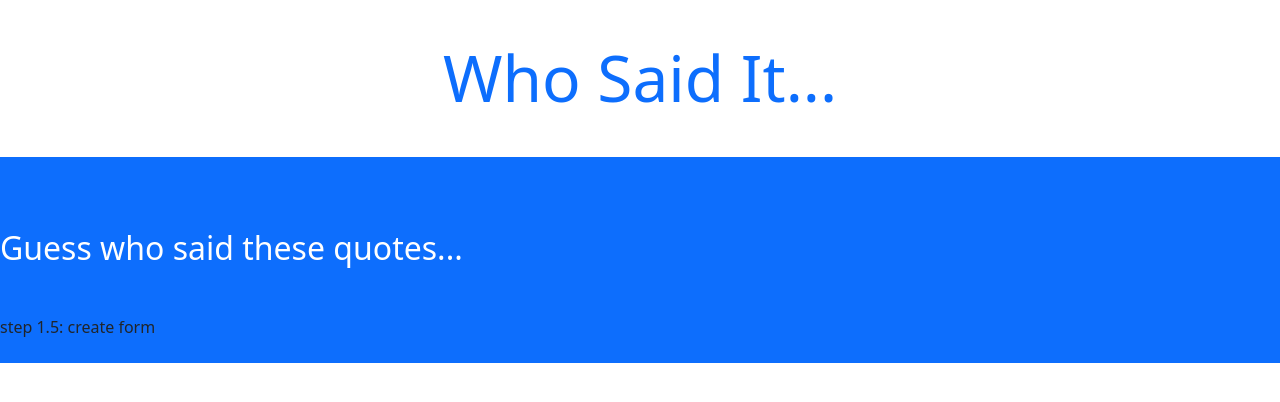
Repository: julihocc/Presentation-02-Forms-with-vanilla-JS
Page: index.html
These files come from the project's save history. The page is drawn as it stood at one moment and after a run of saves; the edit follows.
The browser window is 1280 px wide. The pictures show the whole page.

Above is the page before, as saved 2022-09-27 13:17:24.

### index.html
<!-- step 0.1: create HTML5 template -->
<!DOCTYPE html>
<html lang="en">

<head>
    <meta charset="UTF-8">
    <meta http-equiv="X-UA-Compatible" content="IE=edge">
    <meta name="viewport" content="width=device-width, initial-scale=1.0">

    <!-- step 0.4: include bootstrap -->
    <!-- CSS only -->
    <link href="https://cdn.jsdelivr.net/npm/bootstrap@5.2.1/dist/css/bootstrap.min.css" rel="stylesheet"
        integrity="sha384-iYQeCzEYFbKjA/T2uDLTpkwGzCiq6soy8tYaI1GyVh/UjpbCx/TYkiZhlZB6+fzT" crossorigin="anonymous">

        <!-- step 0.2: change title -->
    <title>Who Said It...</title>
</head>

<body>

    <!-- step 1.1 top section -->
    <div class="intro py-3 bg-white text-center">
        <div class="container">
            <h2 class="text-primary display-3 my-4">
                Who Said It...
            </h2>
        </div>
    </div>

    <!-- step 1.4: quiz section -->
    <div class="quiz py-4 bg-primary">
        <div class="containter">
            <h2 class="my-5 text-white">
                Guess who said these quotes...
            </h2>
            step 1.5: create form
        </div>
    </div>

    <!-- step 0.3: link js -->
    <script src="app.js"></script>
</body>

</html>

Loaded but not shown: app.js (no copy from this time; the picture is the same without it)

After the next 2 saves:
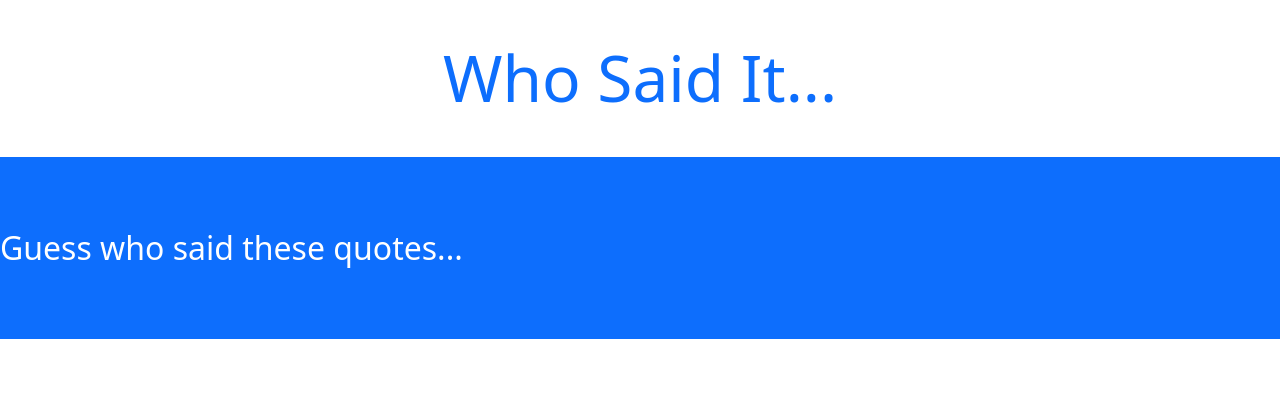
The 2 saves are shown as one change because they came seconds apart.
The last was saved 8 s later.
--- a/index.html
+++ b/index.html
@@ -12,7 +12,7 @@
     <link href="https://cdn.jsdelivr.net/npm/bootstrap@5.2.1/dist/css/bootstrap.min.css" rel="stylesheet"
         integrity="sha384-iYQeCzEYFbKjA/T2uDLTpkwGzCiq6soy8tYaI1GyVh/UjpbCx/TYkiZhlZB6+fzT" crossorigin="anonymous">
 
-        <!-- step 0.2: change title -->
+    <!-- step 0.2: change title -->
     <title>Who Said It...</title>
 </head>
 
@@ -33,7 +33,7 @@
             <h2 class="my-5 text-white">
                 Guess who said these quotes...
             </h2>
-            step 1.5: create form
+            <!-- step 1.5: create form -->
         </div>
     </div>
 

After the 3 saves that followed:
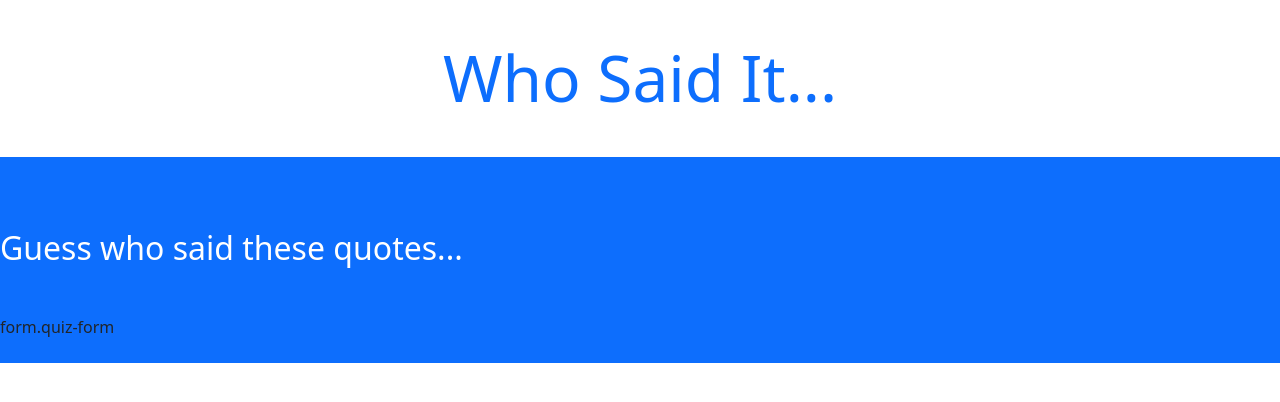
The 3 saves are shown as one change because 1 left the picture as it was and some came seconds apart.
The last was saved 30 s later.
--- a/index.html
+++ b/index.html
@@ -34,6 +34,7 @@
                 Guess who said these quotes...
             </h2>
             <!-- step 1.5: create form -->
+            form.quiz-form
         </div>
     </div>
 
